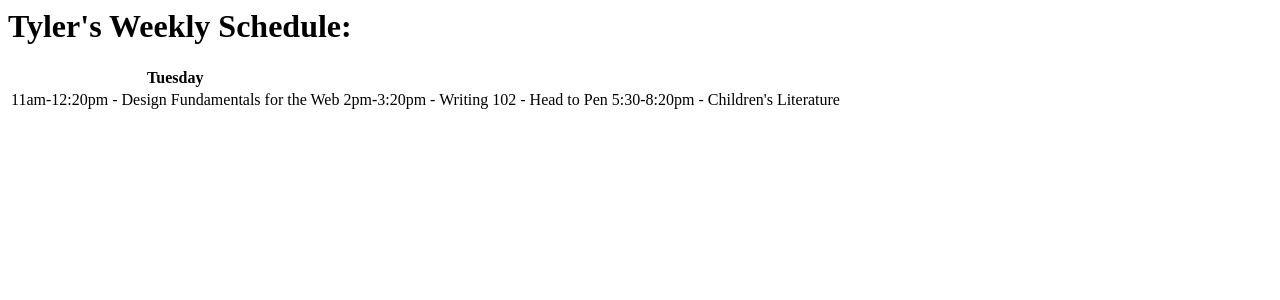
Repository: getzt1/web-design-class
Page: web pages/personal-site/index.html
The author's editor kept a record of every edit. The page is drawn from the files as they stood at one moment, then again after the next edit.
The browser window is 1280 px wide. The pictures show the whole page.

Above is the page before.

### web pages/personal-site/index.html
<html>

<head>
<h1>Tyler's Weekly Schedule:</h1>
</head>

<body>
     <table>

            <th scope="row">Tuesday</th>
            <tr> <td>11am-12:20pm - Design Fundamentals for the Web</td>
            <td>2pm-3:20pm - Writing 102 - Head to Pen</td>
            <td>5:30-8:20pm - Children's Literature</td> </tr>

    </table>

    </body>

After the next edit:
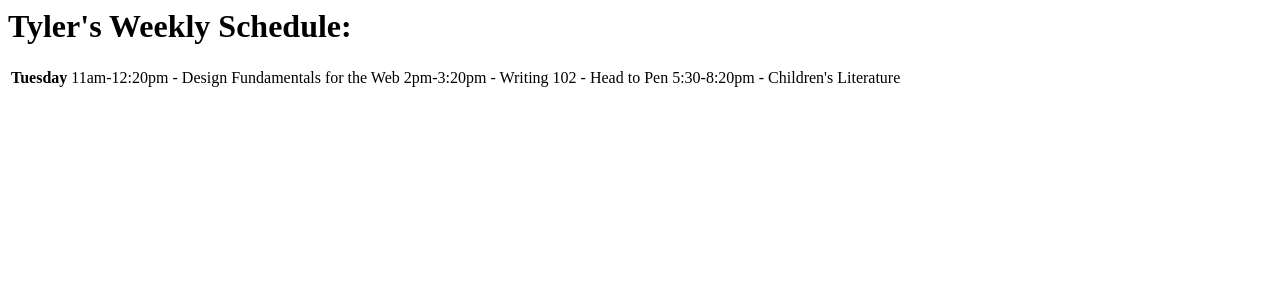
The edit:
--- a/web pages/personal-site/index.html
+++ b/web pages/personal-site/index.html
@@ -8,7 +8,7 @@
      <table>
 
             <th scope="row">Tuesday</th>
-            <tr> <td>11am-12:20pm - Design Fundamentals for the Web</td>
+            <td>11am-12:20pm - Design Fundamentals for the Web</td>
             <td>2pm-3:20pm - Writing 102 - Head to Pen</td>
             <td>5:30-8:20pm - Children's Literature</td> </tr>
 
